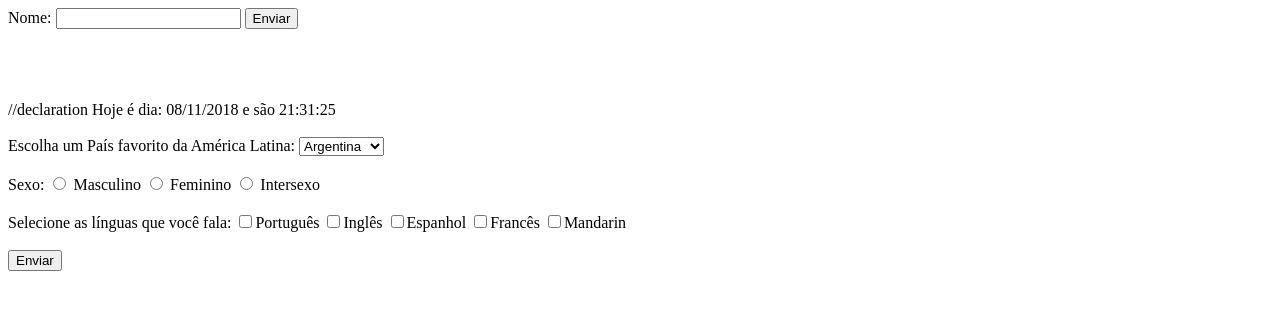
Repository: cassiahh/PWE
Page: http://localhost/Topico1/Formulario.jsp
The author's editor kept a copy of each file at every save. The page is drawn from the files as they stood at one save, then again after the next save.
The browser window is 1280 px wide. The pictures show the whole page.
The page is served by Tomcat 9.

Above is the page before, as saved 2018-11-08 23:35:29.

After the next save:
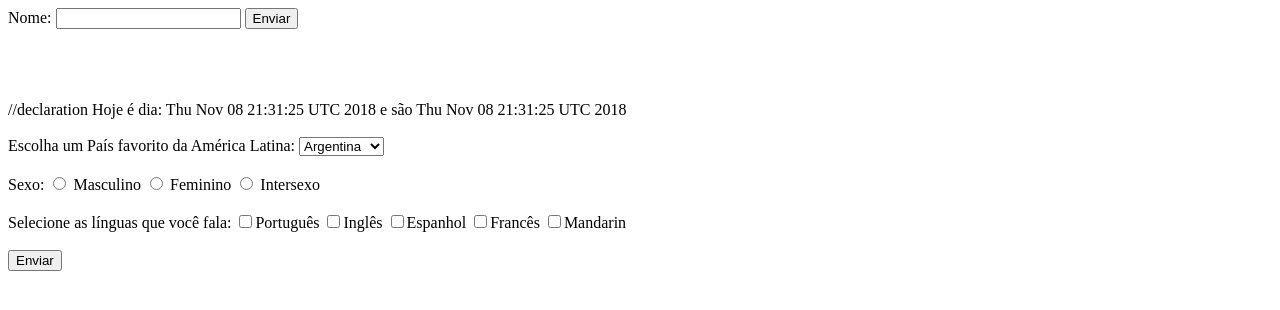
Saved 110 s later.
--- a/Topico1/WebContent/Formulario.jsp
+++ b/Topico1/WebContent/Formulario.jsp
@@ -24,8 +24,8 @@ out.print("Bem vindo(a), "+nome+"!");
 %>
 <br/><br/>
 //declaration
-Hoje é dia: <%= utilidades.Data.dataAtual() %>
- e são <%= utilidades.Data.horaAtual()%>
+Hoje é dia: <%= new Date() %>
+ e são <%= new Date() %>
 <br/><br/>
 
 
